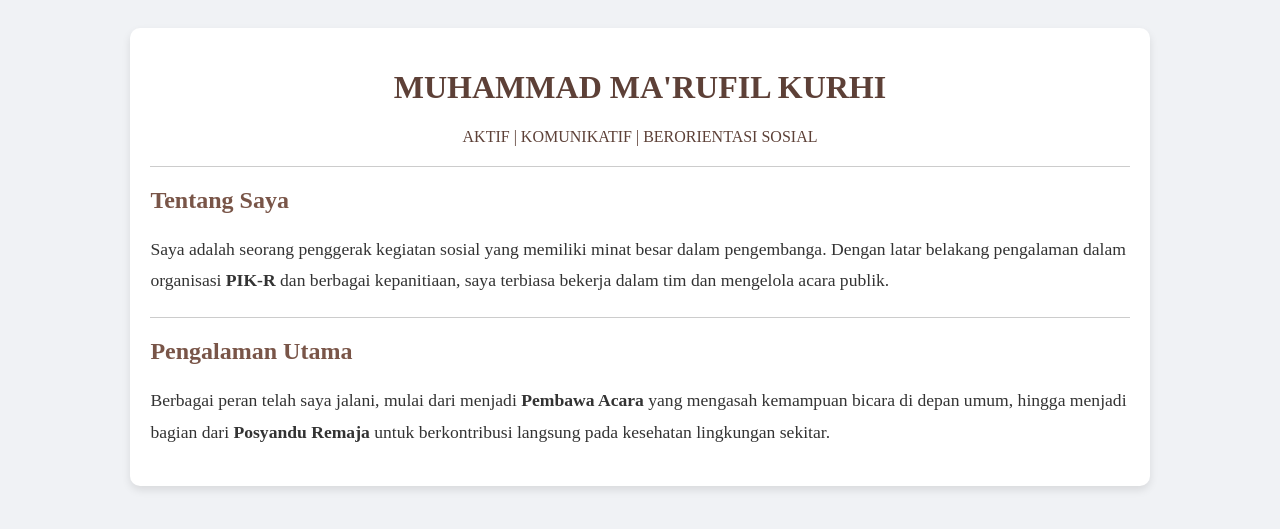
Repository: rufi1126/241552010002-Web-Application-Development
Page: p-2/latihan2.html
These files come from the project's save history. The page is drawn as it stood at one moment and after the next save; the edit follows.
The browser window is 1280 px wide. The pictures show the whole page.

Above is the page before, as saved 2026-02-27 17:34:15.

After the next save:
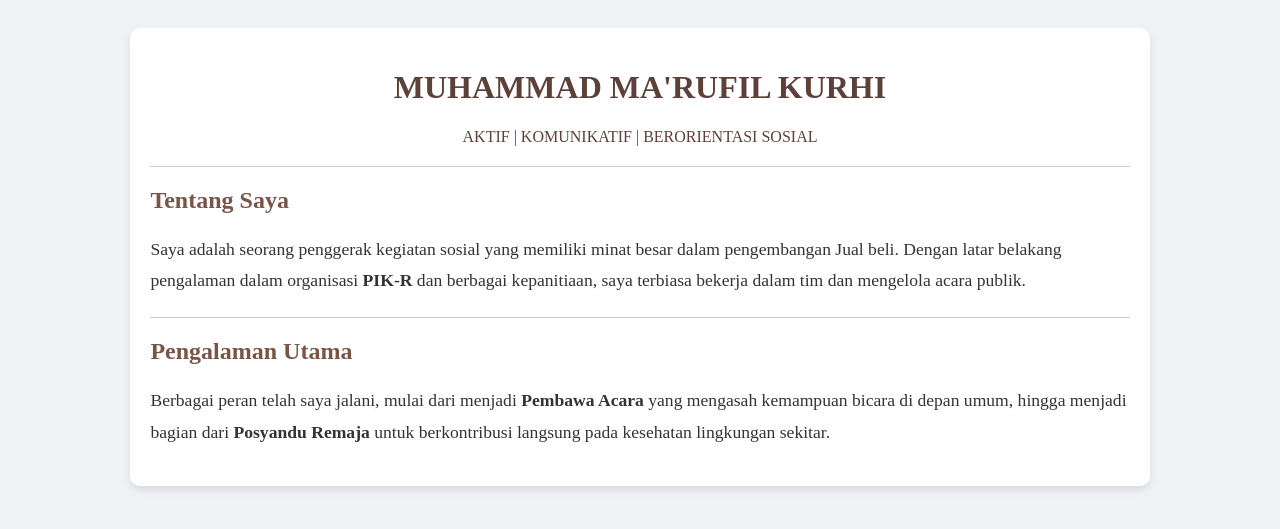
Saved 6 s later.
--- a/p-2/latihan2.html
+++ b/p-2/latihan2.html
@@ -53,7 +53,7 @@
         <hr> <div id="about-me" class="content-section">
             <h2 class="section-title">Tentang Saya</h2>
             <p class="description">
-                Saya adalah seorang penggerak kegiatan sosial yang memiliki minat besar dalam pengembanga.
+                Saya adalah seorang penggerak kegiatan sosial yang memiliki minat besar dalam pengembangan Jual beli.
                 Dengan latar belakang pengalaman dalam organisasi <strong>PIK-R</strong> dan berbagai kepanitiaan,
                 saya terbiasa bekerja dalam tim dan mengelola acara publik.
             </p>
